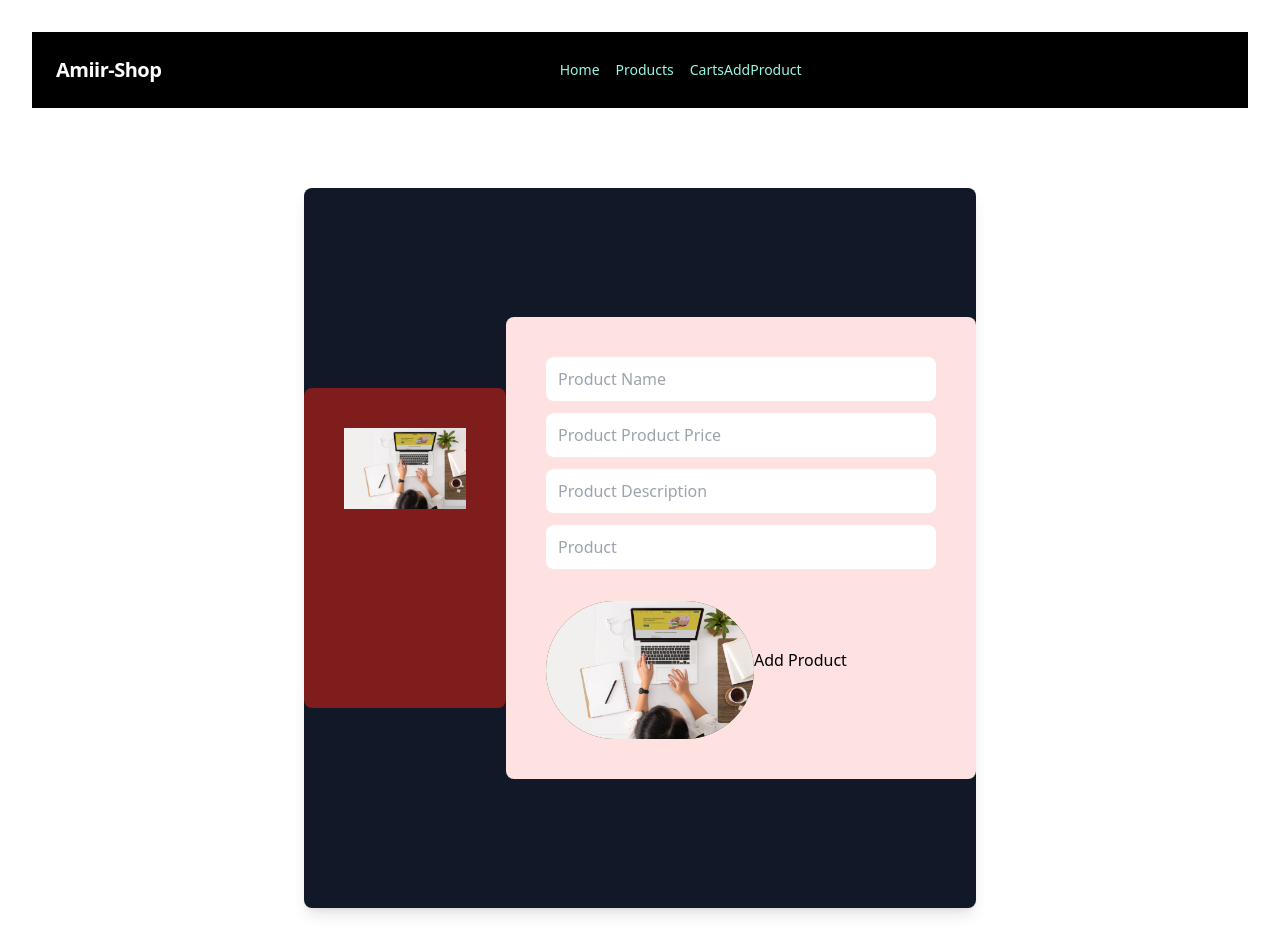
Repository: ENG-AMIIR-MUSE/ECommerce-app-using-react
Page: /addProducts
The author's editor kept a copy of each file at every save. The page is drawn from the files as they stood at one save, then again after a run of saves.
The browser window is 1280 px wide. The pictures show the whole page.
The page's requests for data from a server got no answer. The project was rebuilt for these pictures with package versions that can differ from the ones it lists, and the page was loaded fresh each time. No one was signed in, and anything a server would have sent is missing. Also part of the build but not shown: vite.config.js, src/Components/productList.js, src/Components/productCard.js.

Above is the page before, as saved 2023-06-24 19:50:45.

After the next 7 saves:
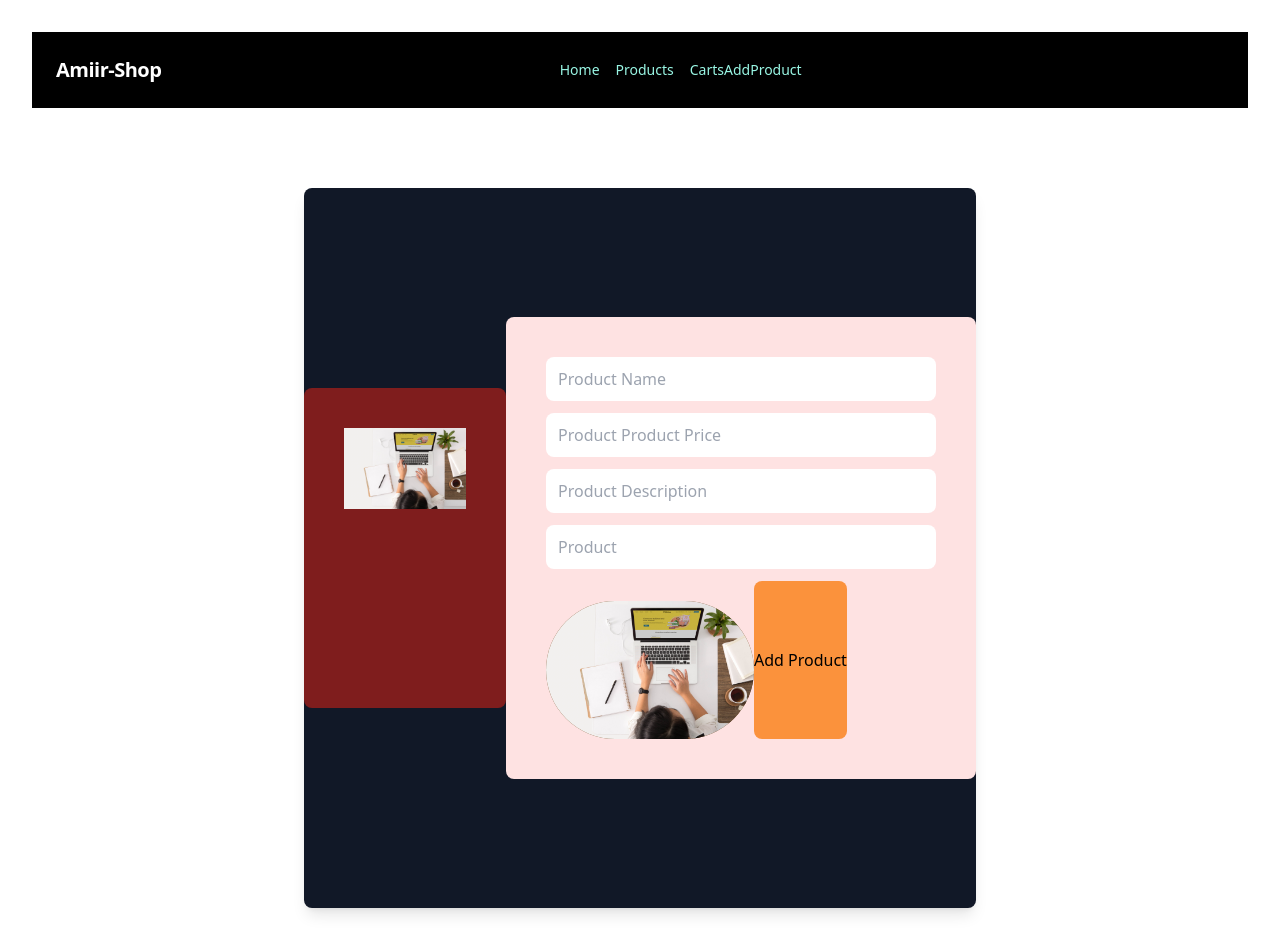
The 7 saves are shown as one change because they came seconds apart.
The last was saved 20 s later.
--- a/src/Components/AddProduct.jsx
+++ b/src/Components/AddProduct.jsx
@@ -17,7 +17,7 @@ const  AddProduct = ()=>{
            <input type="text" placeholder="Product"className="w-full rounded-lg h-11 pl-3 "/>
            <div className="flex felx-row">
              <img src={reactsvg} alt="" className="rounded-full w-52 mt-5  max-w-md  object-contain bg-yellow-900" />
-             <input type="submit" className = ""value="Add Product"/>
+             <input type="submit" className = "rounded-lg bg-orange-400 padding"value="Add Product"/>
            </div>
           </form>
           </div>
